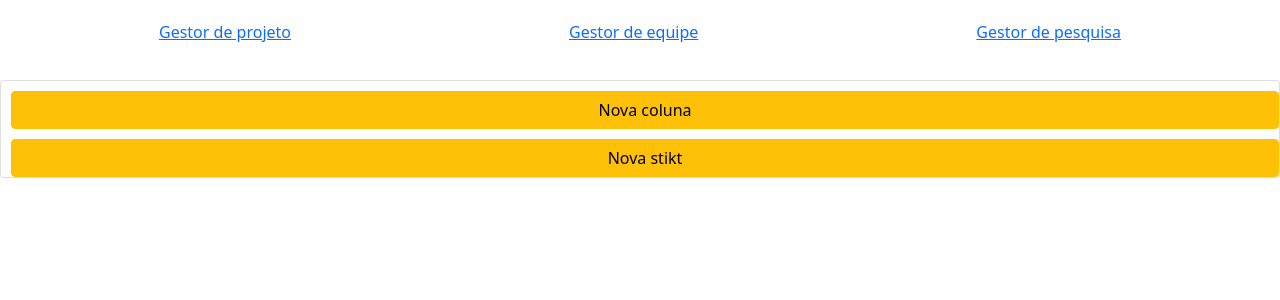
Repository: shadowruge/kanban
Page: index.html
These files come from the project's save history. The page is drawn as it stood at one moment and after a run of saves; the edit follows.
The browser window is 1280 px wide. The pictures show the whole page.

Above is the page before, as saved 2021-06-12 19:46:07.

### index.html
<!DOCTYPE html>
<html lang="en">
  <head>
    <meta charset="UTF-8" />
    <meta http-equiv="X-UA-Compatible" content="IE=edge" />
    <meta name="viewport" content="width=device-width, initial-scale=1.0" />
    <script src="https://cdn.jsdelivr.net/npm/@popperjs/core@2.9.2/dist/umd/popper.min.js" integrity="sha384-IQsoLXl5PILFhosVNubq5LC7Qb9DXgDA9i+tQ8Zj3iwWAwPtgFTxbJ8NT4GN1R8p" crossorigin="anonymous"></script>
<script src="https://cdn.jsdelivr.net/npm/bootstrap@5.0.1/dist/js/bootstrap.min.js" integrity="sha384-Atwg2Pkwv9vp0ygtn1JAojH0nYbwNJLPhwyoVbhoPwBhjQPR5VtM2+xf0Uwh9KtT" crossorigin="anonymous"></script>

    <script src="https://cdn.jsdelivr.net/npm/bootstrap@5.0.1/dist/js/bootstrap.bundle.min.js" integrity="sha384-gtEjrD/SeCtmISkJkNUaaKMoLD0//ElJ19smozuHV6z3Iehds+3Ulb9Bn9Plx0x4" crossorigin="anonymous"></script>
    <link href="https://cdn.jsdelivr.net/npm/bootstrap@5.0.1/dist/css/bootstrap.min.css" rel="stylesheet" integrity="sha384-+0n0xVW2eSR5OomGNYDnhzAbDsOXxcvSN1TPprVMTNDbiYZCxYbOOl7+AMvyTG2x" crossorigin="anonymous">
    <link rel="stylesheet" href="style.css" />
    <script src="index.js"></script>
    <title id="Description">Shadow Kanban</title>
  </head>

  <header>
    <nav class="nav">
      <p><a href="#">Gestor de projeto</a></p>
      <p><a href="#">Gestor de equipe</a></p>
      <p><a href="#">Gestor de pesquisa</a></p>
    </nav>
  </header>

  <body>
    <div class="card-holder">
  <div class="card bg-gold">
  <!--botão-->

  <button type="button" class="btn btn-warning">Nova coluna</button>

  <button type="button" class="btn btn-warning">Nova stikt</button>
  <div class="Linha" style="width:600px;">
    <!-- RECEBE DIVS DINAMICAS -->
    </div>
  </div>

  </div>
  </body>
  <script>

  </script>
</html>

### style.css
* {
  margin: 0;
  padding: 0;
  border: 0;
}

header{
  background-color:white;
}

b{

  background: -webkit-linear-gradient(110deg, #fdcd3b 60%, #ffed4b 60%);
  background: -o-linear-gradient(110deg, #fdcd3b 60%, #ffed4b 60%);
  background: -moz-linear-gradient(110deg, #fdcd3b 60%, #ffed4b 60%);
  background: linear-gradient(110deg, #fdcd3b 60%, #ffed4b 60%);

}

#kanban {

  width: 97%;
  color: white;
  text-align: center;
  display: flex;
  flex-wrap: wrap;
}

.nav {

  padding: 20px;
  display: flex;
  justify-content: space-around;
  flex-wrap: wrap;
}

.ideias,
.pesquisa,
.progresso,
.testes,
.pronto {
  margin-top: 5px;
  margin-left: auto;
}

.membros,
.membros-lideres {
  margin-left: 150px;
}

.d-flex {
  display: flex !important;
}

.flex-column {
  flex-direction: column !important;
}

.board {
  padding: 20px;
}

.board-column {
  margin-left: 20px;
}

.column-body {
  margin-top: 2em;
}

.card textarea {
  resize: none;
}

.sticker {
  width: 180px;
  height: 180px;
  }

  button {
  margin-top: 10px;
  margin-left: 10px;
  }

### index.js
function dragStartHandler(ev) {
  ev.dataTransfer.setData("application/my-app", ev.target.id);
  ev.dataTransfer.effectAllowed = "move";
}

function dragCardStart(e) {
  console.log(e);
}

function dragOvertHandler(ev) {
  ev.preventDefault();
  ev.dataTransfer.dropEffect = "move";
}

function dropHandler(ev) {
  ev.preventDefault();
  const data = ev.dataTransfer.getData("application/my-app");
  ev.target.appendChild(document.getElementById(data));
}

function handleInputKeys({ key }) {
  switch (key) {
    case "Enter":
      break;

    default:
      break;
  }
}

const onInputClick = (e) => {
  e.preventDefault();
  e.stopPropagation();
  e.target.disabled = false;
  e.target.focus();
};

const onInputLostFocus = (e) => {
  console.log(e);
  e.target.disabled = true;
};

function addNewCard(e) {
  //   console.log(e);
  //   console.log(column);
  //   console.log(body);
  //   console.log(body.children);
  //   console.log(body.children[0].getAttributeNames());
  const [, , , column] = e.path;
  const [, body] = column.children;
  const addButton = body.children[body.children.length - 1];
  const card = document.createElement("div");
  const input = document.createElement("textarea");
  input.cols = 30;
  input.rows = 10;
  input.disabled = true;
  card.appendChild(input);
  card.classList.add("card");
  card.draggable = "true";
  card.addEventListener("click", onInputClick);
  card.addEventListener("focusout", onInputLostFocus);
  card.addEventListener("dragstart", dragCardStart);
  body.removeChild(addButton);
  body.appendChild(card);
  body.appendChild(addButton);
}

After the next 3 saves:
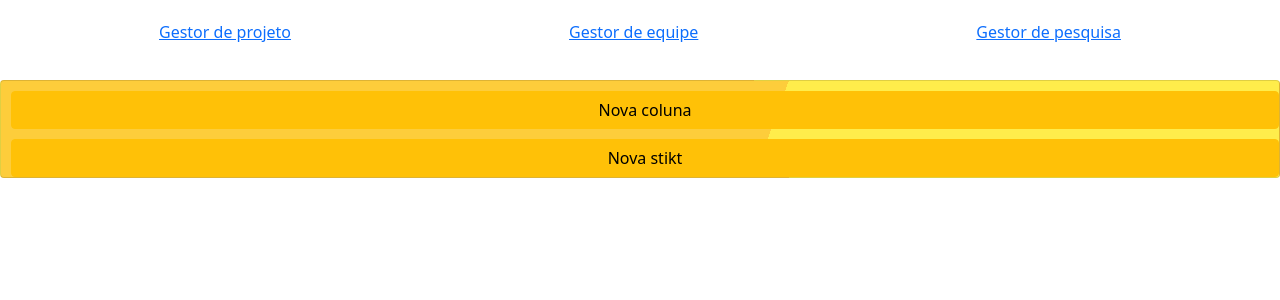
The 3 saves are shown as one change because they came seconds apart.
The last was saved 22 s later.
--- a/style.css
+++ b/style.css
@@ -8,7 +8,7 @@
   background-color:white;
 }
 
-b{
+.bg-gold{
 
   background: -webkit-linear-gradient(110deg, #fdcd3b 60%, #ffed4b 60%);
   background: -o-linear-gradient(110deg, #fdcd3b 60%, #ffed4b 60%);

After the save that followed:
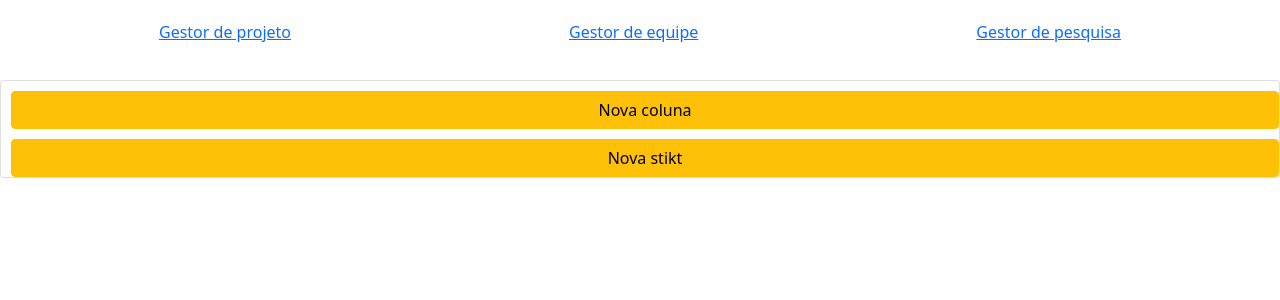
Saved 30 s later.
--- a/style.css
+++ b/style.css
@@ -8,14 +8,7 @@
   background-color:white;
 }
 
-.bg-gold{
 
-  background: -webkit-linear-gradient(110deg, #fdcd3b 60%, #ffed4b 60%);
-  background: -o-linear-gradient(110deg, #fdcd3b 60%, #ffed4b 60%);
-  background: -moz-linear-gradient(110deg, #fdcd3b 60%, #ffed4b 60%);
-  background: linear-gradient(110deg, #fdcd3b 60%, #ffed4b 60%);
-
-}
 
 #kanban {
 
